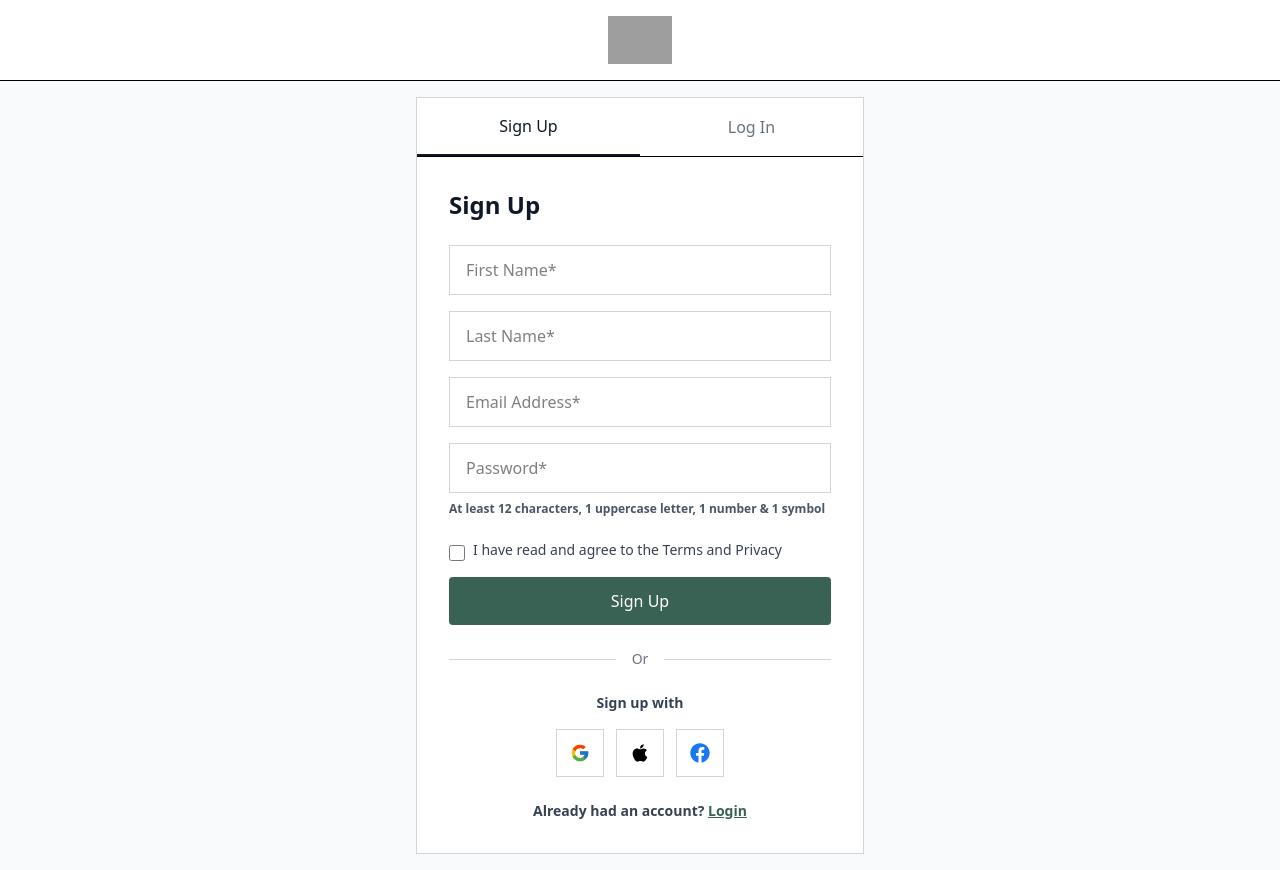
Repository: lyns184/FE-shoes_web
Page: /login
An editor plug-in stored every save of this project. The page is shown before and after the next save, followed by the edit.
The browser window is 1280 px wide. The pictures show the whole page.
Pictures or frames that could not be fetched are drawn as grey boxes. The project was rebuilt for these pictures with package versions that can differ from the ones it lists, and the page was loaded fresh each time. Also part of the build but not shown: vite.config.ts, src/components/shop/Header.tsx, src/components/shop/Navigation.tsx, src/components/shop/HeroCarousel.tsx, src/components/shop/ProductCard.tsx, src/components/shop/BrandCard.tsx, src/components/shop/ReleaseCard.tsx, src/components/shop/PromoBanner.tsx and 7 more.

Above is the page before, as saved 2026-01-01 18:35:05.

### index.html
<!doctype html>
<html lang="en">
  <head>
    <meta charset="UTF-8" />
    <link rel="icon" type="image/svg+xml" href="/vite.svg" />
    <meta name="viewport" content="width=device-width, initial-scale=1.0" />
    <title>shoes_web</title>
  </head>
  <body>
    <div id="root"></div>
    <script type="module" src="/src/main.tsx"></script>
  </body>
</html>

### src/App.tsx
import { BrowserRouter, Routes, Route } from 'react-router-dom'
import Home from './pages/Home'
import SignUp from './pages/SignUp'
import NotFound from './pages/NotFound'
import './App.css'

function App() {
  return (
    <BrowserRouter>
      <Routes>
        <Route path="/" element={<Home />} />
        <Route path="/login" element={<SignUp />} />
        <Route path="*" element={<NotFound />} />
      </Routes>
    </BrowserRouter>
  )
}

export default App

### src/pages/SignUp.tsx
import { useState } from 'react';
import SignUpForm from '../components/SignUpForm';
import LoginForm from '../components/LoginForm';
import SocialLogin from '../components/SocialLogin';

export default function SignUp() {
  const [activeTab, setActiveTab] = useState<'signup' | 'login'>('signup');

  return (
    <div className="min-h-screen bg-gray-50 flex flex-col">
      {/* Header */}
      <header className="border-b bg-white py-4">
        <div className="container mx-auto px-4 flex items-center justify-center gap-2">
          <img src="/logo.png" alt="Logo" className="h-12" />
        </div>
      </header>

      {/* Main Content */}
      <main className="flex-1 flex items-center justify-center p-4">
        <div className="w-full max-w-md border border-gray-300 bg-white">
          {/* Tabs */}
          <div className="grid grid-cols-2 border-b">
            <button
              onClick={() => setActiveTab('signup')}
              className={`py-4 text-center font-medium transition-colors cursor-pointer ${
                activeTab === 'signup'
                  ? 'text-gray-900 border-b-2 border-gray-900'
                  : 'text-gray-500 hover:text-gray-700'
              }`}
            >
              Sign Up
            </button>
            <button
              onClick={() => setActiveTab('login')}
              className={`py-4 text-center font-medium transition-colors cursor-pointer ${
                activeTab === 'login'
                  ? 'text-gray-900 border-b-2 border-gray-900'
                  : 'text-gray-500 hover:text-gray-700'
              }`}
            >
              Log In
            </button>
          </div>

          {/* Form */}
          <div className="p-8">
            {activeTab === 'signup' ? (
              <>
                <h1 className="text-2xl font-bold text-gray-900 mb-6">Sign Up</h1>
                <SignUpForm />
                <SocialLogin mode="signup" />

                {/* Login Link */}
                <p className="text-center text-sm text-gray-700 mt-6">
                  <span className="font-bold">Already had an account?</span>{' '}
                  <button
                    onClick={() => setActiveTab('login')}
                    className="text-[#396254] underline hover:no-underline cursor-pointer font-bold"
                  >
                    Login
                  </button>
                </p>
              </>
            ) : (
              <>
                <h1 className="text-2xl font-bold text-gray-900 mb-6">Log in</h1>
                <LoginForm />
                <SocialLogin mode="login" />

                {/* Sign Up Link */}
                <p className="text-center text-sm text-gray-700 mt-6">
                  <span className="font-bold">Need an account?</span>{' '}
                  <button
                    onClick={() => setActiveTab('signup')}
                    className="text-[#396254] underline hover:no-underline cursor-pointer font-bold"
                  >
                    Signup
                  </button>
                </p>
              </>
            )}
          </div>
        </div>
      </main>
    </div>
  );
}

### src/components/SignUpForm.tsx
import { useState } from 'react';

export default function SignUpForm() {
  const [formData, setFormData] = useState({
    firstName: '',
    lastName: '',
    email: '',
    password: '',
    agreedToTerms: false,
  });

  const handleSubmit = (e: React.FormEvent) => {
    e.preventDefault();
    console.log('Form submitted:', formData);
  };

  const handleChange = (e: React.ChangeEvent<HTMLInputElement>) => {
    const { name, value, type, checked } = e.target;
    setFormData(prev => ({
      ...prev,
      [name]: type === 'checkbox' ? checked : value,
    }));
  };

  return (
    <form onSubmit={handleSubmit} className="space-y-4">
      <input
        type="text"
        name="firstName"
        placeholder="First Name*"
        value={formData.firstName}
        onChange={handleChange}
        className="w-full px-4 py-3 border border-gray-300 rounded-none focus:outline-none focus:ring-1 focus:ring-gray-400"
        required
      />

      <input
        type="text"
        name="lastName"
        placeholder="Last Name*"
        value={formData.lastName}
        onChange={handleChange}
        className="w-full px-4 py-3 border border-gray-300 rounded-none focus:outline-none focus:ring-1 focus:ring-gray-400"
        required
      />

      <input
        type="email"
        name="email"
        placeholder="Email Address*"
        value={formData.email}
        onChange={handleChange}
        className="w-full px-4 py-3 border border-gray-300 rounded-none focus:outline-none focus:ring-1 focus:ring-gray-400"
        required
      />

      <div>
        <input
          type="password"
          name="password"
          placeholder="Password*"
          value={formData.password}
          onChange={handleChange}
          className="w-full px-4 py-3 border border-gray-300 rounded-none focus:outline-none focus:ring-1 focus:ring-gray-400"
          required
        />
        <p className="text-xs text-gray-600 mt-2 font-bold">
          At least 12 characters, 1 uppercase letter, 1 number & 1 symbol
        </p>
      </div>

      <div className="flex items-start gap-2 pt-2">
        <input
          type="checkbox"
          name="agreedToTerms"
          id="terms"
          checked={formData.agreedToTerms}
          onChange={handleChange}
          className="mt-1 w-4 h-4 accent-teal-700"
          required
        />
        <label htmlFor="terms" className="text-sm text-gray-700 leading-tight">
          I have read and agree to the Terms and Privacy
        </label>
      </div>

      <button
        type="submit"
        className="w-full bg-[#396254] hover:bg-[#2d4d3f] text-white py-3 rounded-sm font-medium text-base transition-colors cursor-pointer"
      >
        Sign Up
      </button>
    </form>
  );
}

### src/components/SocialLogin.tsx
import { FcGoogle } from 'react-icons/fc';
import { FaApple, FaFacebook } from 'react-icons/fa';

interface SocialLoginProps {
  mode?: 'signup' | 'login';
}

export default function SocialLogin({ mode = 'signup' }: SocialLoginProps) {
  return (
    <>
      {/* Divider */}
      <div className="relative my-6">
        <div className="absolute inset-0 flex items-center">
          <div className="w-full border-t border-gray-300"></div>
        </div>
        <div className="relative flex justify-center text-sm">
          <span className="px-4 bg-white text-gray-500">Or</span>
        </div>
      </div>

      {/* Social Login */}
      <div className="text-center">
        <p className="text-sm text-gray-700 mb-4 font-bold">
          {mode === 'signup' ? 'Sign up with' : 'Log in with'}
        </p>
        <div className="flex justify-center gap-3">
          <button
            type="button"
            className="w-12 h-12 border border-gray-300 flex items-center justify-center hover:bg-gray-50 transition-colors cursor-pointer"
            aria-label={`${mode === 'signup' ? 'Sign up' : 'Log in'} with Google`}
          >
            <FcGoogle className="w-5 h-5" />
          </button>

          <button
            type="button"
            className="w-12 h-12 border border-gray-300 flex items-center justify-center hover:bg-gray-50 transition-colors cursor-pointer"
            aria-label={`${mode === 'signup' ? 'Sign up' : 'Log in'} with Apple`}
          >
            <FaApple className="w-5 h-5" />
          </button>

          <button
            type="button"
            className="w-12 h-12 border border-gray-300 flex items-center justify-center hover:bg-gray-50 transition-colors cursor-pointer"
            aria-label={`${mode === 'signup' ? 'Sign up' : 'Log in'} with Facebook`}
          >
            <FaFacebook className="w-5 h-5 text-[#1877F2]" />
          </button>
        </div>
      </div>
    </>
  );
}

Loaded but not shown: src/main.tsx (common file); src/index.css (common file)

After the next save:
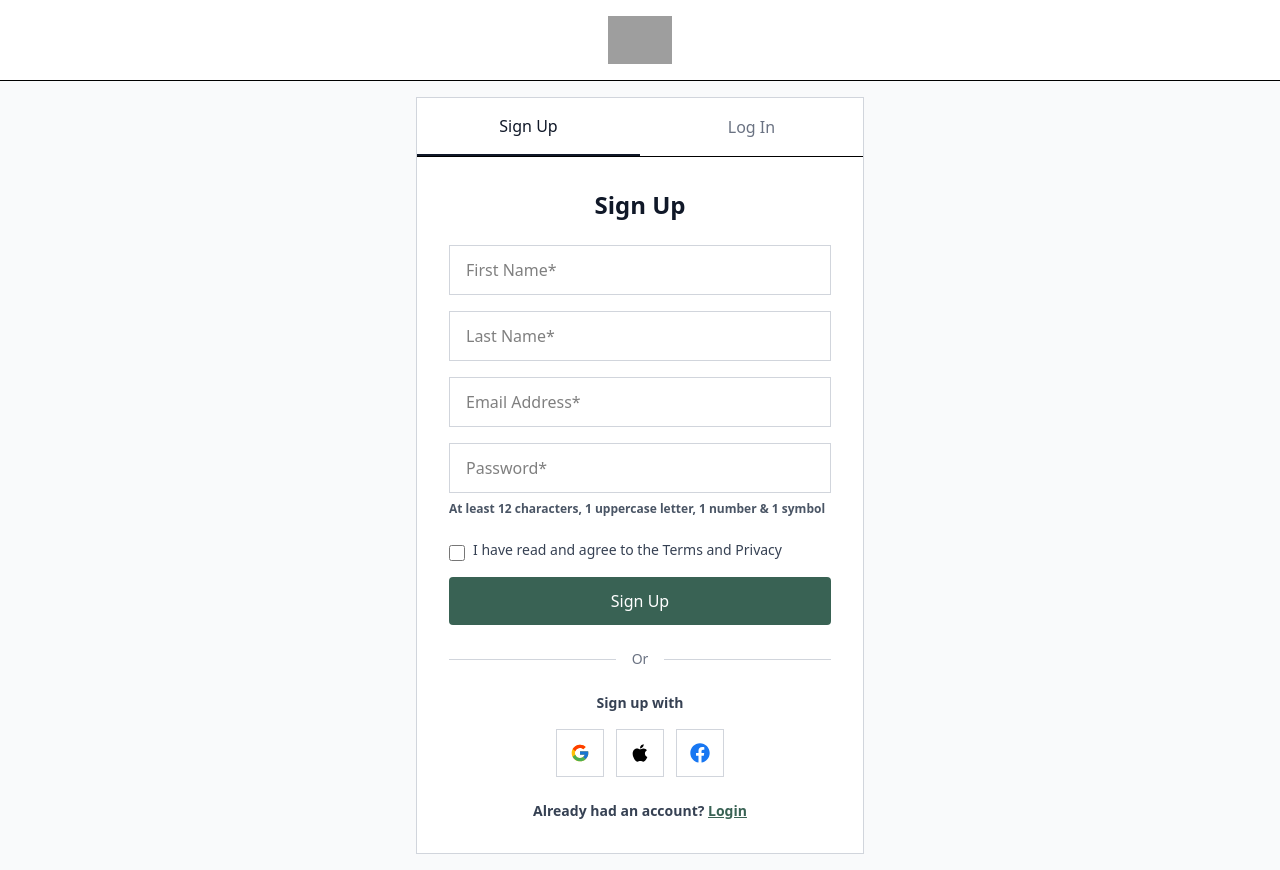
Saved 102 s later.
--- a/src/pages/SignUp.tsx
+++ b/src/pages/SignUp.tsx
@@ -46,7 +46,7 @@ export default function SignUp() {
           <div className="p-8">
             {activeTab === 'signup' ? (
               <>
-                <h1 className="text-2xl font-bold text-gray-900 mb-6">Sign Up</h1>
+                <h1 className="text-2xl font-bold text-gray-900 mb-6 text-center">Sign Up</h1>
                 <SignUpForm />
                 <SocialLogin mode="signup" />
 
@@ -63,7 +63,7 @@ export default function SignUp() {
               </>
             ) : (
               <>
-                <h1 className="text-2xl font-bold text-gray-900 mb-6">Log in</h1>
+                <h1 className="text-2xl font-bold text-gray-900 mb-6 text-center">Log in</h1>
                 <LoginForm />
                 <SocialLogin mode="login" />
 
